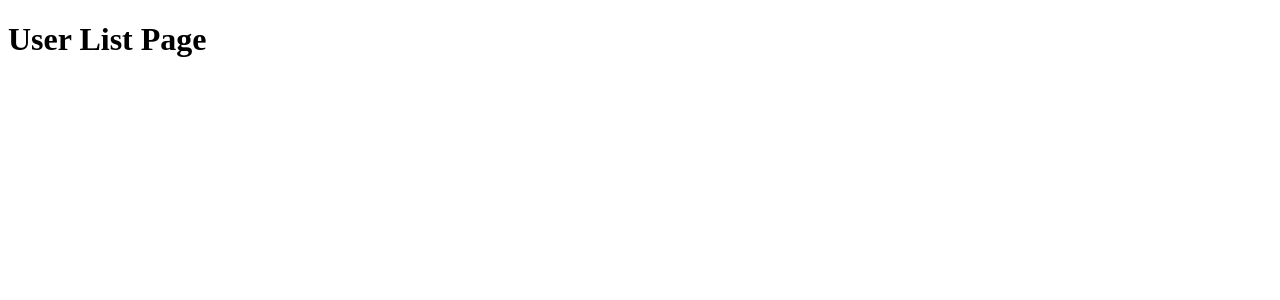
Repository: bookkg2/TIL
Page: http://localhost/day1333/product/pfail.jsp
The author's editor kept a copy of each file at every save. The page is drawn from the files as they stood at one save, then again after the next save.
The browser window is 1280 px wide. The pictures show the whole page.
The page is served by Tomcat 9.

Above is the page before, as saved 2019-06-28 01:08:35.

After the next save:
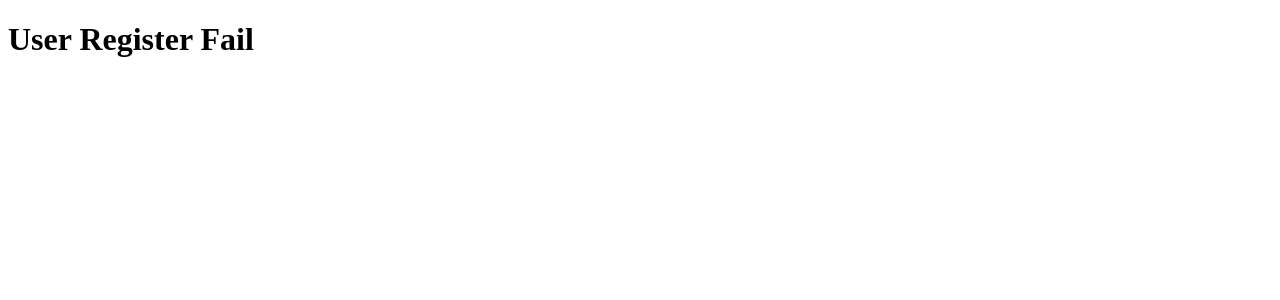
Saved 68 s later.
--- a/day1333/web/product/pfail.jsp
+++ b/day1333/web/product/pfail.jsp
@@ -10,6 +10,6 @@
 <script src="https://ajax.googleapis.com/ajax/libs/jquery/1.12.4/jquery.min.js"></script>
 </head>
 <body>
-<h1>User List Page</h1>
+<h1>User Register Fail</h1>
 </body>
 </html>
